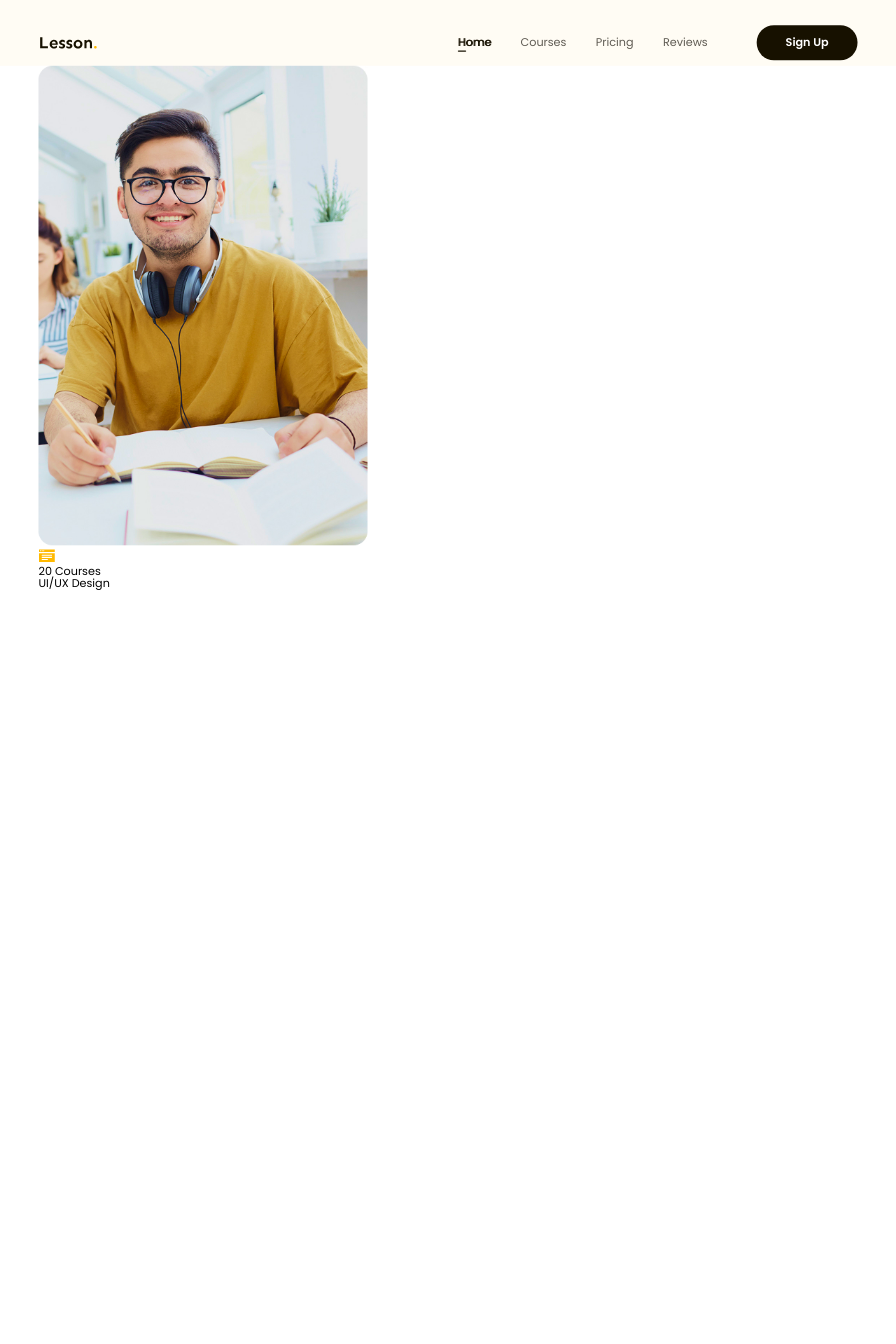
Repository: vancong171001/f8-html-css-02
Page: index.html
An editor plug-in stored every save of this project. The page is shown before and after the next save, followed by the edit.
The browser window is 1280 px wide. The pictures show the part of the page from y = 0 to 1920 px (the page is 5000 px tall), at 70% of full size.

Above is the page before, as saved 2025-03-06 13:00:18.

After the next save:
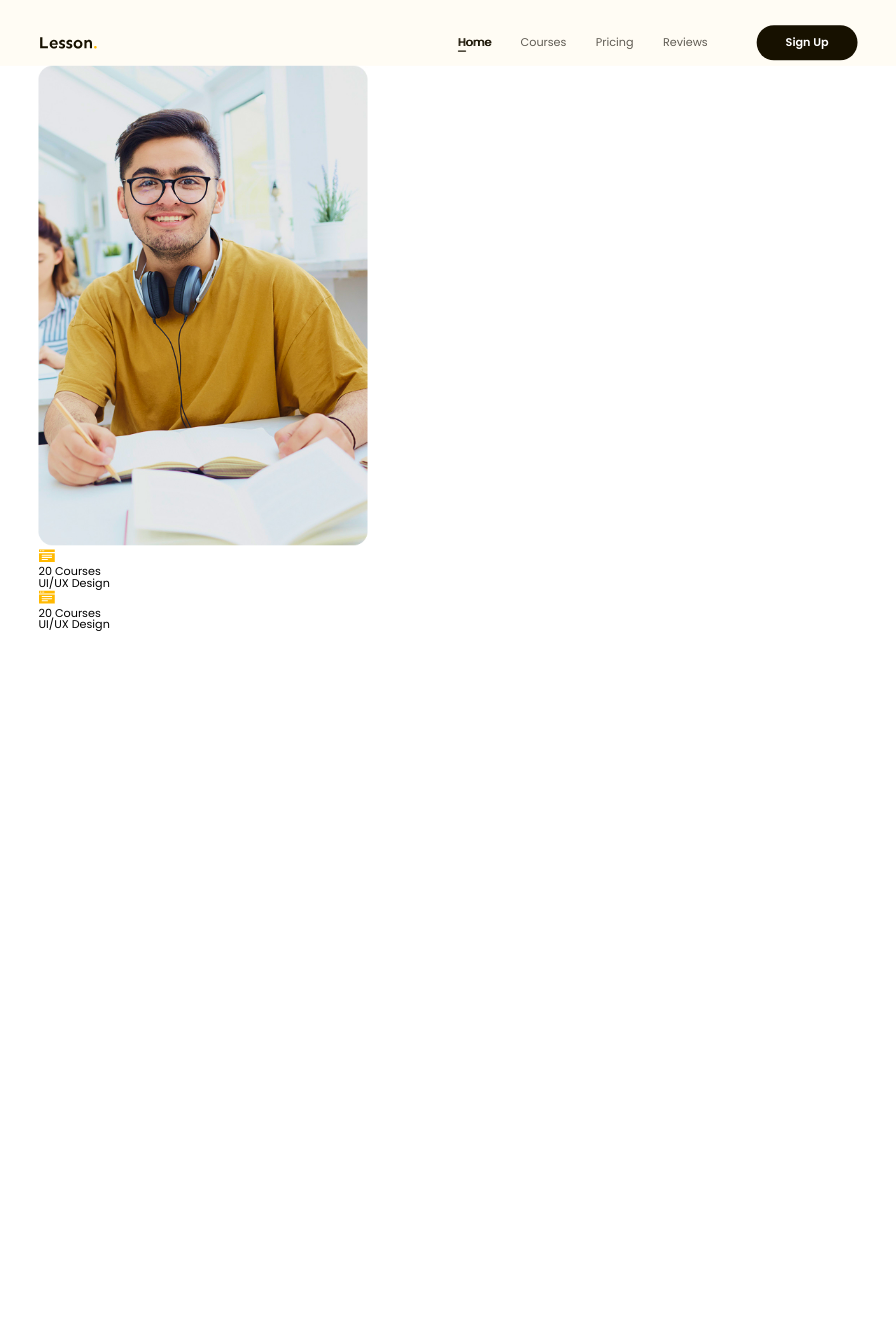
Saved 7 s later.
--- a/index.html
+++ b/index.html
@@ -75,6 +75,15 @@
                     <p class="title">UI/UX Design</p>
                   </div>
                 </div>
+                <div class="item">
+                  <div class="icon">
+                    <img src="./assets/icon/list.svg" alt="">
+                  </div>
+                  <div class="info">
+                    <p class="lable">20 Courses</p>
+                    <p class="title">UI/UX Design</p>
+                  </div>
+                </div>
               </div>
             </div>
 
